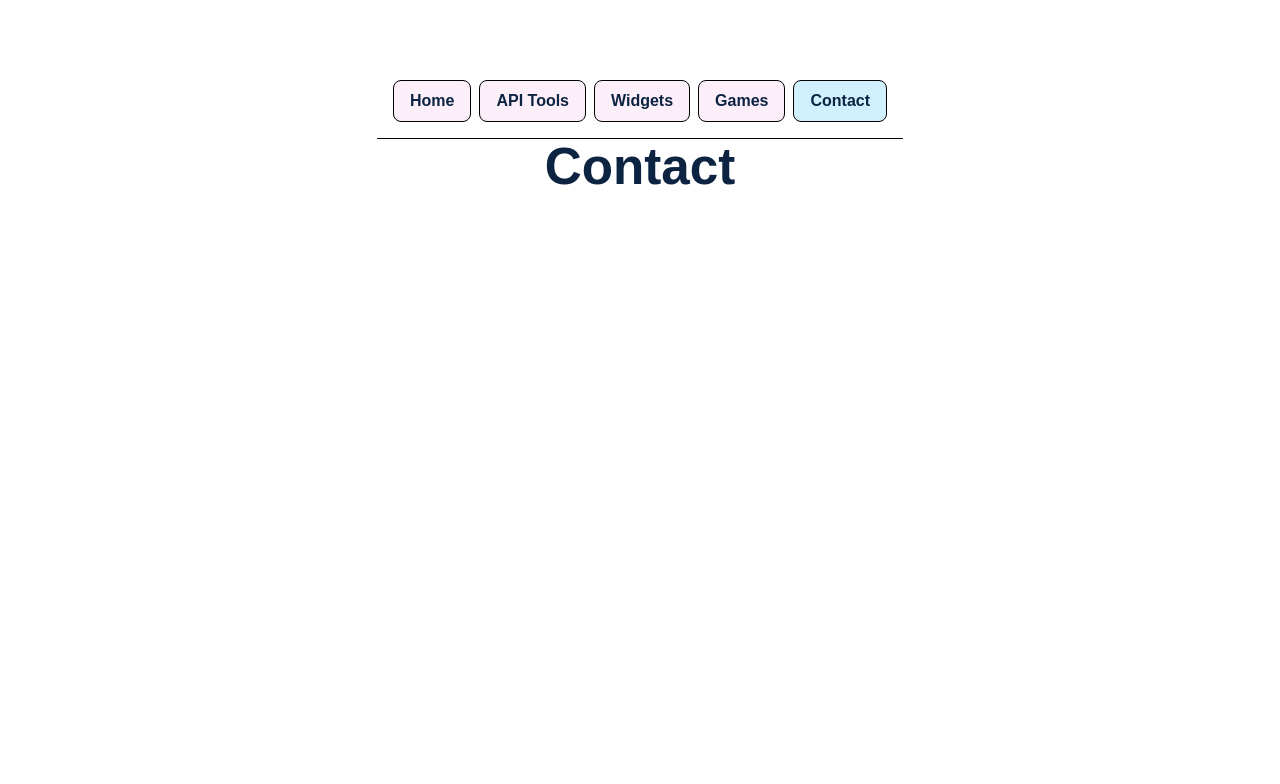
Repository: ourshadetree/TimPortfolio
Page: /contact
The author's editor kept a copy of each file at every save. The page is drawn from the files as they stood at one save, then again after the next save.
The browser window is 1280 px wide. The pictures show the whole page.
The project was rebuilt for these pictures with package versions that can differ from the ones it lists, and the page was loaded fresh each time. Also part of the build but not shown: vite.config.js, src/views/HomeView.vue, src/views/ApiTools.vue, src/views/Widgets.vue, src/views/Games.vue.

Above is the page before, as saved 2025-05-07 11:01:39.

After the next save:
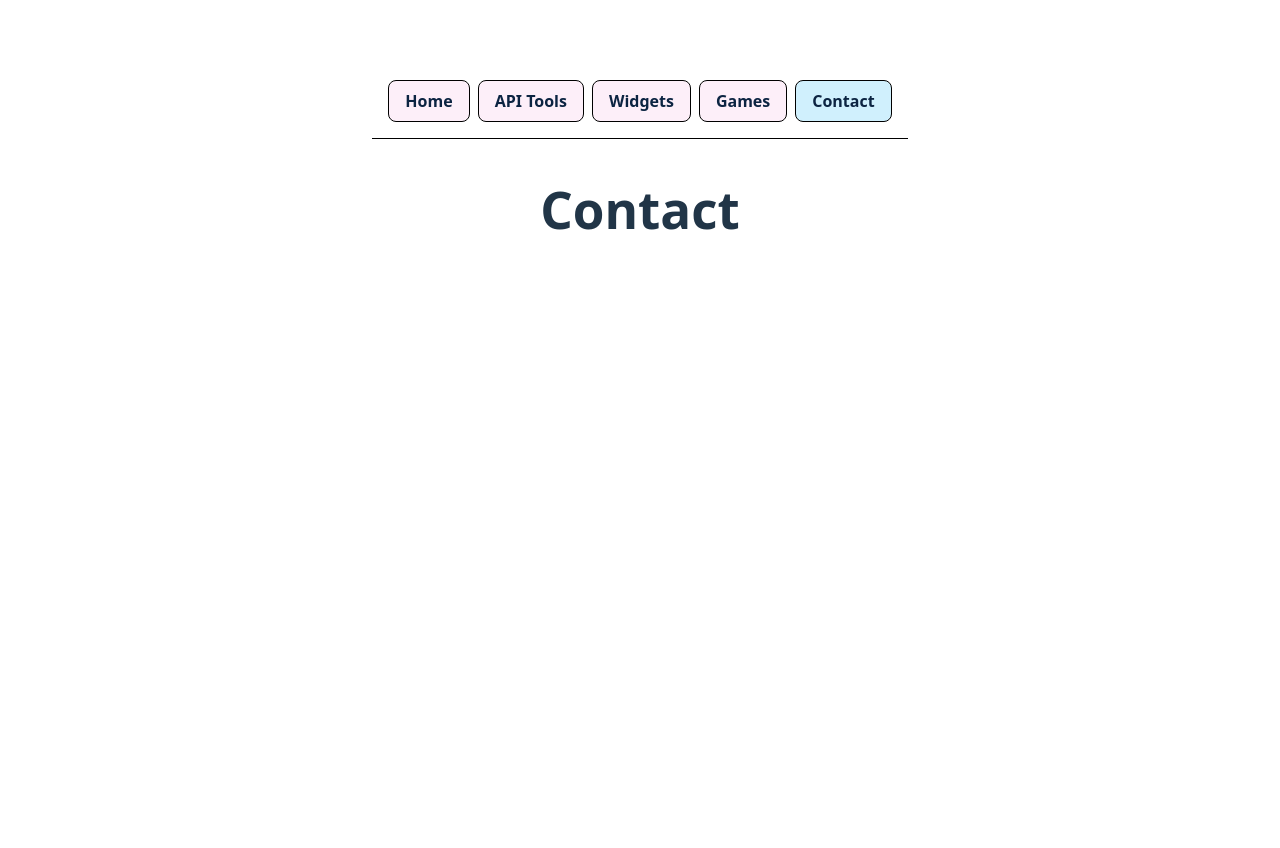
Saved 13 s later.
--- a/src/assets/main.css
+++ b/src/assets/main.css
@@ -1,19 +1,31 @@
-/* src/assets/main.css */
-/* reset margin/padding */
-* {
-    margin: 0;
-    padding: 0;
-    box-sizing: border-box;
-  }
+/* header/nav reset */
+header {
+  padding: 1rem;
+  border-bottom: 1px solid #000;
+  background: #fff;
+}
+nav {
+  display: flex;
+  gap: 0.5rem;
+}
 
-  body {
-    font-family: Karla, sans-serif;
-    background: white;
-    line-height: 1.5;
-    color: #0c2442;
-  }
+/* base tab style */
+.tab {
+  padding: 0.6rem 1.2rem;
+  border: 1px solid #000;
+  border-radius: 8px;
+  text-decoration: none;
+  font-weight: bold;
+  color: #0C2442;
+  transition: opacity .2s;
+}
+.tab:hover {
+  opacity: 0.8;
+}
 
-  a {
-    color: inherit;
-    text-decoration: none;
-  }
+/* pastel colours for each */
+.tab--home     { background: #FFEBEE; } /* very light pink */
+.tab--api      { background: #E3F2FD; } /* very light blue */
+.tab--widgets  { background: #E8F5E9; } /* very light green */
+.tab--games    { background: #F3E5F5; } /* very light purple */
+.tab--contact  { background: #FFFDE7; } /* very light yellow */
